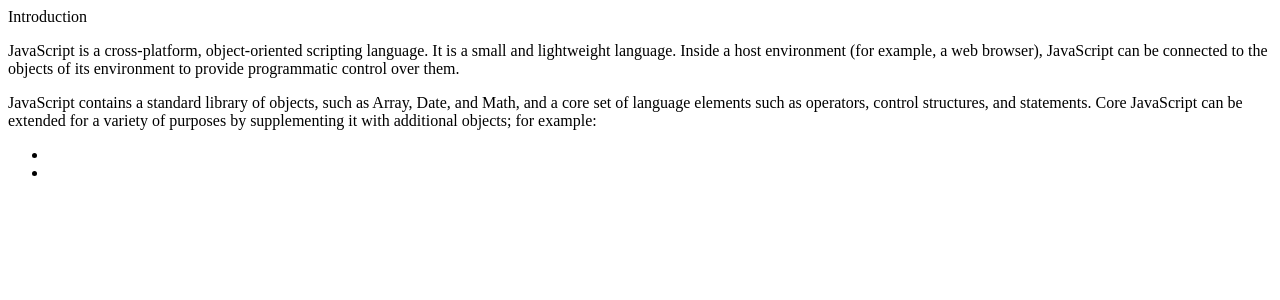
Repository: Lungdjos/technical_document_page_certificate
Page: index.html
An editor plug-in stored every save of this project. The page is shown before and after the next save, followed by the edit.
The browser window is 1280 px wide. The pictures show the whole page.

Above is the page before, as saved 2023-11-19 22:15:12.

### index.html
<!DOCTYPE html>
<html lang="en">

<head>
    <meta charset="UTF-8">
    <meta name="viewport" content="width=device-width, initial-scale=1.0">
    <title>Technical Document</title>
    <link rel="stylesheet" href="./styles.css">
</head>

<body>
    <nav id="nav-bar">
        <header></header>
    </nav>
    <main id="main-doc">
        <section class="main-section" id="">
            <header id="Introduction">Introduction</header>
            <p>JavaScript is a cross-platform, object-oriented scripting language. It is a small and lightweight language. Inside a host environment (for example, a web browser), JavaScript can be connected to the objects of its environment to provide programmatic
                control over them.</p>
            <p>JavaScript contains a standard library of objects, such as Array, Date, and Math, and a core set of language elements such as operators, control structures, and statements. Core JavaScript can be extended for a variety of purposes by supplementing
                it with additional objects; for example:
                <ul>
                    <li></li>
                    <li></li>
                </ul>
            </p>

        </section>
        <section class="main-section" id="">
            <header id=""></header>
            <p></p>
            <p></p>
            <p></p>
        </section>
        <section class="main-section" id="">
            <header id=""></header>
            <p></p>
            <p></p>
            <p></p>
        </section>
        <section class="main-section" id="">
            <header id=""></header>
            <p></p>
            <p></p>
            <p></p>
        </section>
        <section class="main-section" id="">
            <header id=""></header>
            <p></p>
            <p></p>
            <p></p>
        </section>
        <section class="main-section" id="">
            <header id=""></header>
            <p></p>
            <p></p>
            <p></p>
        </section>
        <section class="main-section" id="">
            <header id=""></header>
            <p></p>
            <p></p>
            <p></p>
        </section>
        <section class="main-section" id="">
            <header id=""></header>
            <p></p>
            <p></p>
            <p></p>
        </section>
        <section class="main-section" id="">
            <header id=""></header>
            <p></p>
            <p></p>
            <p></p>
        </section>
        <section class="main-section" id="">
            <header id=""></header>
            <p></p>
            <p></p>
            <p></p>
        </section>
        <section class="main-section" id="">
            <header id=""></header>
            <p></p>
            <p></p>
            <p></p>
        </section>
        <section class="main-section" id="">
            <header id=""></header>
            <p></p>
            <p></p>
            <p></p>
        </section>
        <section class="main-section" id="">
            <header id=""></header>
            <p></p>
            <p></p>
            <p></p>
        </section>
        <section class="main-section" id="">
            <header id=""></header>
            <p></p>
            <p></p>
            <p></p>
        </section>
    </main>
</body>

</html>

### styles.css
/* A technical document page stylings */

After the next save:
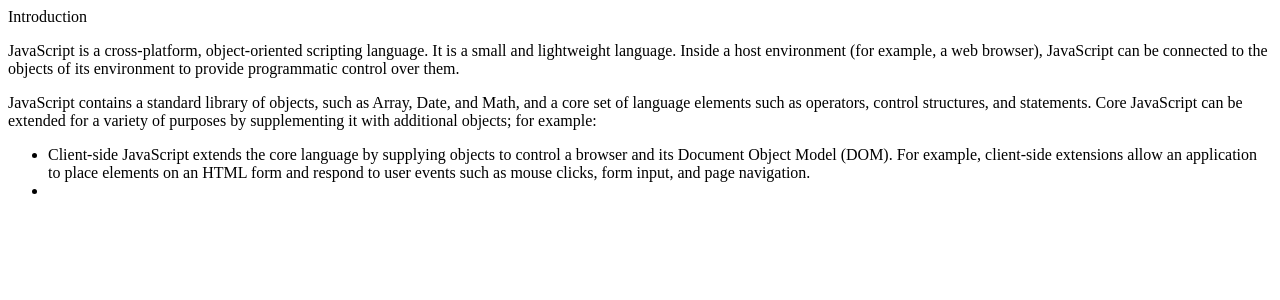
Saved 12 s later.
--- a/index.html
+++ b/index.html
@@ -20,7 +20,8 @@
             <p>JavaScript contains a standard library of objects, such as Array, Date, and Math, and a core set of language elements such as operators, control structures, and statements. Core JavaScript can be extended for a variety of purposes by supplementing
                 it with additional objects; for example:
                 <ul>
-                    <li></li>
+                    <li>Client-side JavaScript extends the core language by supplying objects to control a browser and its Document Object Model (DOM). For example, client-side extensions allow an application to place elements on an HTML form and respond
+                        to user events such as mouse clicks, form input, and page navigation.</li>
                     <li></li>
                 </ul>
             </p>
